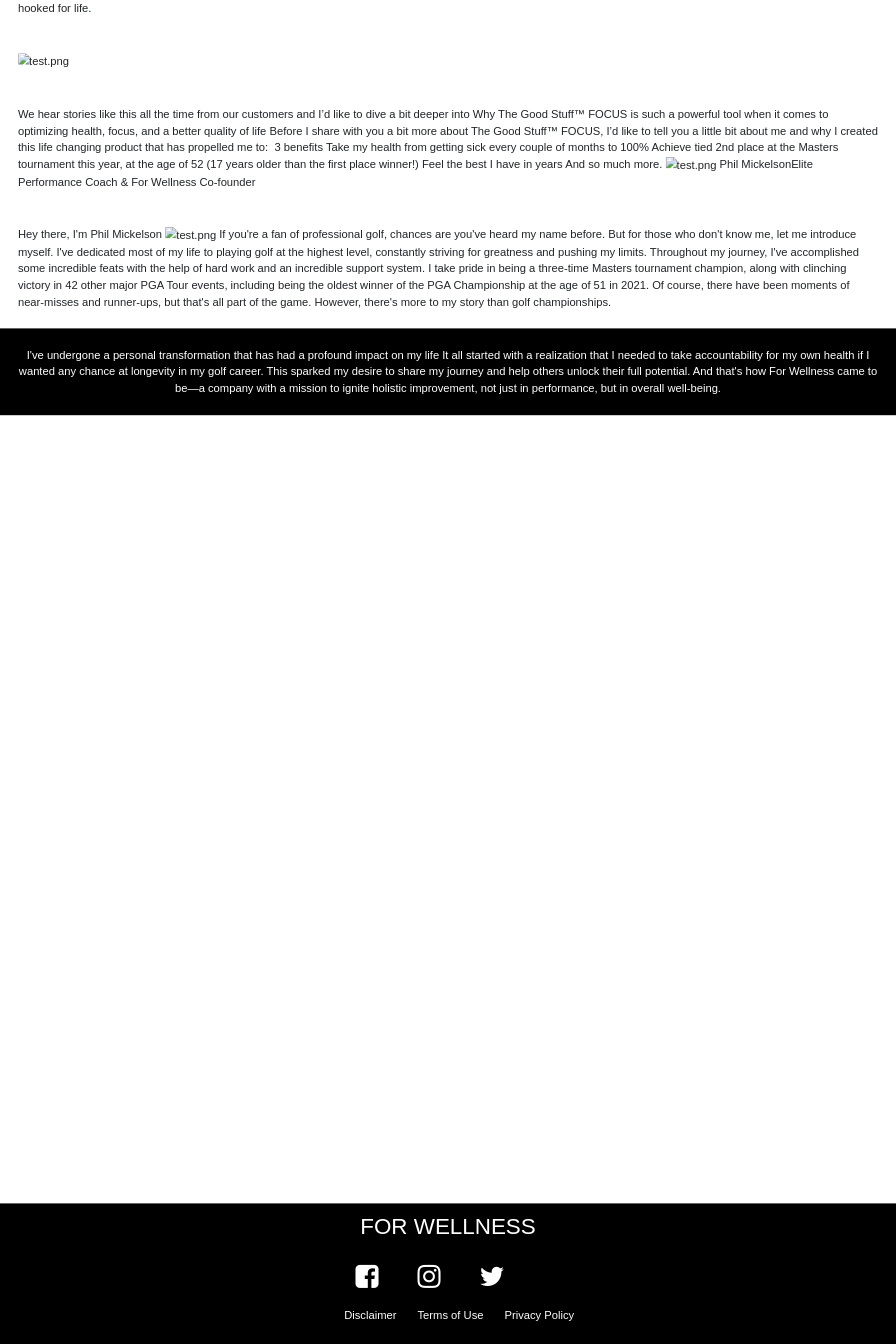
Repository: dariusprince90/wellness-landing
Page: index.html
The author's editor kept a copy of each file at every save. The page is drawn from the files as they stood at one save, then again after the next save.
The browser window is 1280 px wide. The pictures show the part of the page from y = 1203 to 3123 px (the page is 3123 px tall before and 3098 px after), at 70% of full size.

Above is the page before, as saved 2023-07-25 16:00:48.

### index.html
<!doctype html>
<html lang="en">

<head>
  <title>Title</title>
  <!-- Required meta tags -->
  <meta charset="utf-8">
  <meta name="viewport" content="width=device-width, initial-scale=1, shrink-to-fit=no">

  <!-- Bootstrap CSS v5.2.1 -->
  <link href="https://cdn.jsdelivr.net/npm/bootstrap@5.2.1/dist/css/bootstrap.min.css" rel="stylesheet"
    integrity="sha384-iYQeCzEYFbKjA/T2uDLTpkwGzCiq6soy8tYaI1GyVh/UjpbCx/TYkiZhlZB6+fzT" crossorigin="anonymous">

    <link rel="stylesheet" href="https://maxcdn.bootstrapcdn.com/font-awesome/4.7.0/css/font-awesome.min.css">
    <link rel="stylesheet" href="css/styles.css">


</head>

<body>
  <header>
    Urgent News for Coffee Lovers Across America

  </header>
  <main>

    <section class="s-001-text">

        The Healthy Coffee Creamer that will completely elevate your morning routine.


Could this decadent mocha creamer be the
secret to better Aging, Improved Energy Levels, and a Healthier Body Composition?


1st sales banners

Boosts Energy
and Burns Fat

Boost Focus,
Feel Fuller, and Obtain Mental Clarity


Supercharges the Natural Health Benefits of Your Coffee


Supports Joints,
Skin, and
Hair Health

    </section>
<br/>
<br/>

    <section class="s-002-text">

        “I can’t believe this is actually good for me!”

- I shouted out after my first cup of The Good Stuff FOCUS...


———————————
If you're anything like me, you understand the sheer joy of that perfect cup of morning coffee, complete with a generous scoop of sugar and cream.

The aroma fills the air, that first sip tantalizes your taste buds, and a warm rush of satisfaction washes over you.

It's a routine we can all relate to, isn't it?

Now, when it comes to creamers, my weakness has always been those with a cocoa or chocolate flavor.

It takes that already divine experience and elevates it to new heights of indulgence.
    </section>

    <section class="s-003-text">

        But here's the catch—I've always felt a twinge of guilt
when giving in to my sweet tooth and adding those
extra scoops of cream and sugar to my coffee...

    </section>
    <section class="s-004-text">
        Deep down, I knew it wasn't the healthiest choice, yet I found myself doing it almost every morning

———————————


About a year ago, as I glanced at the scale, I realized it was time for a major change.

Despite considering myself fairly healthy, working out three times a week and making smarter food choices like opting for sweet potato fries over regular ones, I still couldn't shake off that stubborn belly fat and flabby arms.

It puzzled me.

How could I be putting in the effort to stay healthy but still struggle with 20-30 pounds of excess weight?

———————————


For as long as I can remember, my routine involved jogging to Starbucks in Naperville each morning, treating myself to either a grande Java Chip Frappuccino or a Venti Cafe Mocha as a reward for completing my run.

I always assumed these drinks were relatively healthy, no different from the coffee I made at home with cream and sugar.

That illusion shattered when I stumbled upon a Facebook post from one of my fit friends, exposing the alarming sugar content in Starbucks drinks.

Naturally, I was skeptical at first, but curiosity got the better of me. I visited Starbucks' website, and there it was—the nutrition label, revealing a shocking truth.
    </section>
    <section class="s-005-text">
        <img src=""/ alt="test.png">
        <img src=""/ alt="test.png">

    </section>
    <section class="s-006-text">
        I'm no nutritionist or personal trainer, but even I could see the red flags: nearly 60 grams of sugar, over 400 calories per drink, and a laundry list of unrecognizable ingredients like Xanthan Gum, Palm Kernel Oil, and Processed Alkali.

It was a wake-up call.

I realized my health was gradually deteriorating, and there was a reason I couldn't shed that stubborn belly fat, or as I affectionately called it, my built-in flotation device.
———————————


But it wasn't just the weight gain—I began noticing
random bumps and wrinkles on my skin, and my hair
seemed to be thinning by the month.
———————————


Aging, I thought, until I considered the possibility that there might be more to it.

Refusing to accept my fate of carrying around those extra pounds and experiencing premature aging, I embarked on a mission to find a solution.

I scoured the internet for a way to maintain my beloved chocolate coffee morning routine without compromising two things:
———————————


The 2 buttons

The delicious taste of my coffee

And my overall well-being
    </section>

    <section class="s-007-text">

After days of intensive research,
I stumbled upon a unique product
called "The Good Stuff FOCUS"


Created by none other than professional golfer Phil Mickelson and his long-term friend and elite performance coach, Dave Phillips.

It promised to be a healthy alternative to the additional 500 calories
I was consuming each morning in my coffee.

Curiosity piqued, I decided to take the plunge and ordered a
bag—and let me tell you,

I haven't looked back since.



Dave PhillipsElite Performance Coach
& For Wellness Co-founder
    </section>

    <section class="s-008-text">
        <img src=""/ alt="test.png">
        <img src=""/ alt="test.png">
        <img src=""/ alt="test.png">

        The results have been astounding!

3 banners

My productivity has
drastically improved…

My workouts are stronger
and more efficient..

My daily energy has
noticeably improved.

The best part?

I didn't have to sacrifice the heavenly taste I love
in order to become healthier!

It's a win-win situation that has me hooked for life.

    </section>
    <section class="s-009-text">
        <img src=""/ alt="test.png">
    </section>
    <section class="s-010-text">
        We hear stories like this all the time from our customers and
I’d like to dive a bit deeper into


Why The Good Stuff™ FOCUS is such a powerful
tool when it comes to optimizing health, focus,
and a better quality of life


Before I share with you a bit more about
The Good Stuff™ FOCUS, I’d like to tell you a little bit about me and why I created this life changing product that has propelled me to:

3 benefits

Take my health from getting sick every couple of months to 100%

Achieve tied 2nd place at the Masters tournament this year, at the age of 52 (17 years older than the first place winner!)


Feel the best I have in years

And so much more.

<img src=""/ alt="test.png">
Phil MickelsonElite Performance Coach
& For Wellness Co-founder
    </section>

    <section class="s-011-text">
        Hey there, I'm Phil Mickelson
        <img src=""/ alt="test.png">

If you're a fan of professional golf, chances are you've heard my name before.

But for those who don't know me, let me introduce myself.

I've dedicated most of my life to playing golf at the highest level, constantly striving for greatness and pushing my limits.

Throughout my journey, I've accomplished some incredible feats with the help of hard work and an incredible support system.

I take pride in being a three-time Masters tournament champion, along with clinching victory in 42 other major PGA Tour events, including being the oldest winner of the PGA Championship at the age of 51 in 2021.

Of course, there have been moments of near-misses and runner-ups, but that's all part of the game.

However, there's more to my story than golf championships.

    </section>


    <section class="s-012-text">
        I've undergone a personal transformation
that has had a profound impact on my life

It all started with a realization that I needed to take accountability for my own health if
I wanted any chance at longevity in my golf career.

This sparked my desire to share my journey and help others unlock their full potential.

And that's how For Wellness came to be—a company with a mission to ignite holistic improvement, not just in performance, but in overall well-being.
    </section>

    <section class="s-00#-text">
    </section>
    <section class="s-00#-text">
    </section>
    <section class="s-00#-text">
    </section>
    <section class="s-00#-text">
    </section>

    <section class="s-00#-text">
    </section>

    <section class="s-00#-text">
    </section>
    <section class="s-00#-text">
    </section>
    <section class="s-00#-text">
    </section>
    <section class="s-00#-text">
    </section>

    <section class="s-00#-text">
    </section>

    <section class="s-00#-text">
    </section>
    <section class="s-00#-text">
    </section>
    <section class="s-00#-text">
    </section>
    <section class="s-00#-text">
    </section>

    <section class="s-00#-text">
    </section>

    <section class="s-00#-text">
    </section>
    <section class="s-00#-text">
    </section>
    <section class="s-00#-text">
    </section>
    <section class="s-00#-text">
    </section>

    <section class="s-00#-text">
    </section>

    <section class="s-00#-text">
    </section>
    <section class="s-00#-text">
    </section>


  </main>
  <footer>
    <h2>
        FOR WELLNESS
    </h2>
    <span>
        <i class="fa fa-facebook-square soclmd" aria-hidden="true"></i>
        <i class="fa fa-instagram soclmd" aria-hidden="true"></i>
        <i class="fa fa-twitter soclmd" aria-hidden="true"></i>
        <i class="fa-brands fa-tiktok soclmd"></i>


    </span>

    <span>
        <ul>
            <li>Disclaimer</li>
            <li>Terms of Use</li>
            <li>Privacy Policy</li>

        </ul>

    </span>



  </footer>
  <!-- Bootstrap JavaScript Libraries -->
  <script src="https://cdn.jsdelivr.net/npm/@popperjs/core@2.11.6/dist/umd/popper.min.js"
    integrity="sha384-oBqDVmMz9ATKxIep9tiCxS/Z9fNfEXiDAYTujMAeBAsjFuCZSmKbSSUnQlmh/jp3" crossorigin="anonymous">
  </script>

  <script src="https://cdn.jsdelivr.net/npm/bootstrap@5.2.1/dist/js/bootstrap.min.js"
    integrity="sha384-7VPbUDkoPSGFnVtYi0QogXtr74QeVeeIs99Qfg5YCF+TidwNdjvaKZX19NZ/e6oz" crossorigin="anonymous">
  </script>
</body>

</html>

### css/styles.css
@import url('https://fonts.googleapis.com/css2?family=Lato:wght@900&display=swap');

body, footer, header {
    font-family: 'Poppins', sans-serif;
}

footer, header, .s-012-text {
    background-color: #000000;
    color: #ffffff;
    text-align: center;
}

footer, header {
    padding: 1vw;
}

footer {
    bottom: 0;
    position: static;
}

ul li,
li {
    text-decoration: none;
    display: inline;
    padding: 1vw;
}

section {
    padding: 2vw;
}

.soclmd {
    font-size: 3vw;
    padding: 2vw;

}


/*
----------------------------------------------------------------
                Section styles
----------------------------------------------------------------
*/

.s-001-text {
        text-emphasis: none;
}

.s-00#-text {
    text-emphasis: none;
}

.s-00#-text {
    text-emphasis: none;
}

.s-00#-text {
    text-emphasis: none;
}

.s-00#-text {
    text-emphasis: none;
}

.s-00#-text {
    text-emphasis: none;
}


.s-00#-text {
    text-emphasis: none;
}

.s-00#-text {
    text-emphasis: none;
}

.s-00#-text {
    text-emphasis: none;
}

.s-00#-text {
    text-emphasis: none;
}

.s-00#-text {
    text-emphasis: none;
}

.s-00#-text {
    text-emphasis: none;
}

.s-00#-text {
    text-emphasis: none;
}

.s-00#-text {
    text-emphasis: none;
}

.s-00#-text {
    text-emphasis: none;
}

.s-00#-text {
    text-emphasis: none;
}


.s-00#-text {
    text-emphasis: none;
}

.s-00#-text {
    text-emphasis: none;
}

.s-00#-text {
    text-emphasis: none;
}

.s-00#-text {
    text-emphasis: none;
}

.s-00#-text {
    text-emphasis: none;
}


.s-00#-text {
    text-emphasis: none;
}

.s-00#-text {
    text-emphasis: none;
}

.s-00#-text {
    text-emphasis: none;
}

.s-00#-text {
    text-emphasis: none;
}

.s-00#-text {
    text-emphasis: none;
}


.s-00#-text {
    text-emphasis: none;
}

.s-00#-text {
    text-emphasis: none;
}

.s-00#-text {
    text-emphasis: none;
}

.s-00#-text {
    text-emphasis: none;
}

.s-00#-text {
    text-emphasis: none;
}



.s-00#-text {
    text-emphasis: none;
}

.s-00#-text {
    text-emphasis: none;
}

After the next save:
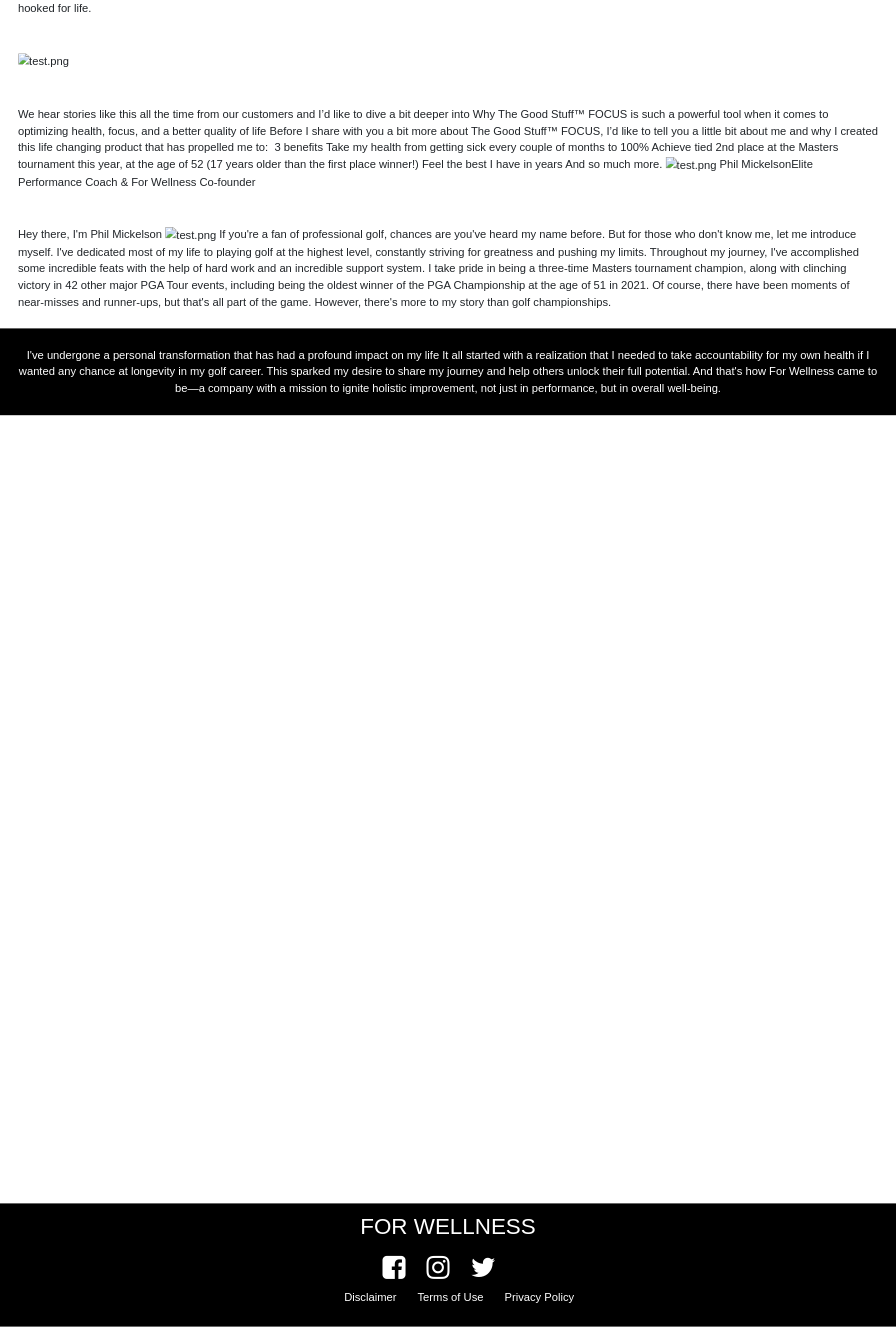
Saved 11 s later.
--- a/css/styles.css
+++ b/css/styles.css
@@ -32,7 +32,7 @@
 
 .soclmd {
     font-size: 3vw;
-    padding: 2vw;
+    padding: 1vw;
 
 }
 
